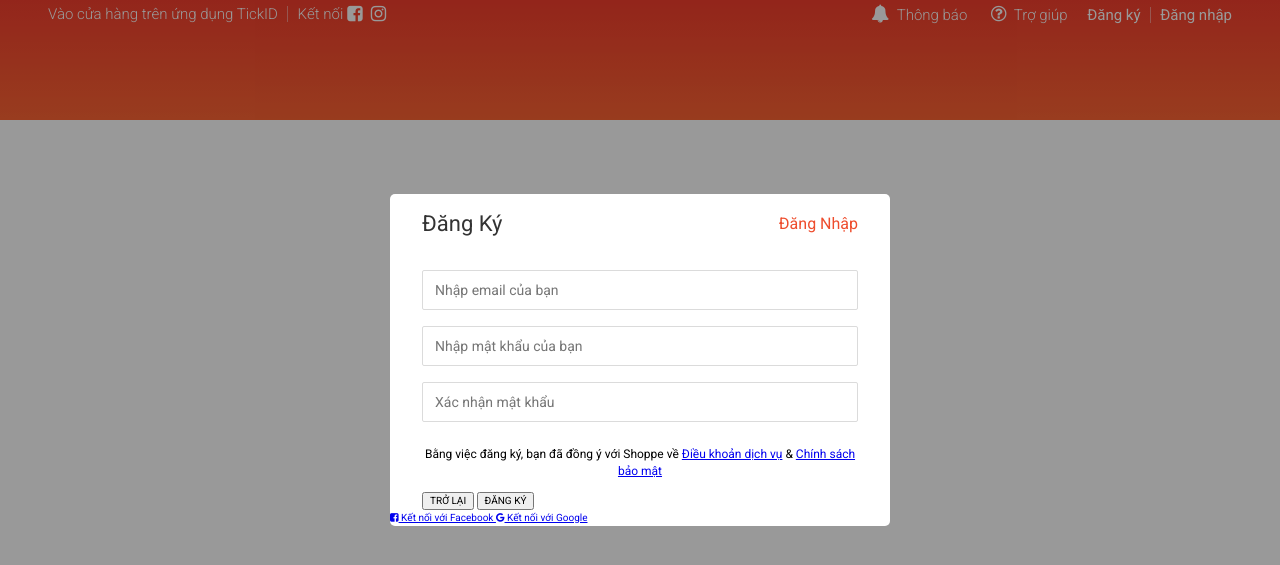
Repository: huydev0401/F8-Shop
Page: index.html
An editor plug-in stored every save of this project. The page is shown before and after the next save, followed by the edit.
The browser window is 1280 px wide. The pictures show the whole page.

Above is the page before, as saved 2021-08-12 16:08:34.

### index.html
<!DOCTYPE html>
<html lang="en">
<head>
    <meta charset="UTF-8">
    <meta http-equiv="X-UA-Compatible" content="IE=edge">
    <meta name="viewport" content="width=device-width, initial-scale=1.0">
    <title>Document</title>
    <link rel="stylesheet" href="https://cdnjs.cloudflare.com/ajax/libs/font-awesome/4.7.0/css/font-awesome.css">
    <link rel="preconnect" href="https://fonts.googleapis.com">
    <link rel="preconnect" href="https://fonts.gstatic.com" crossorigin>
    <link href="https://fonts.googleapis.com/css2?family=Roboto:wght@300;400;700&display=swap" rel="stylesheet">
    <link rel="stylesheet" href="https://cdnjs.cloudflare.com/ajax/libs/normalize/8.0.1/normalize.min.css">
    <link rel="stylesheet" href="./assets/css/base.css">
    <link rel="stylesheet" href="./assets/css/main.css">
</head>
<body>
    <header class="header">
        <nav class="navbar grid">
            <ul class="navbar__list">
                <li class="navbar__item navbar__item--has-qr navbar__item--separate">
                    Vào cửa hàng trên ứng dụng TickID
                    <div class="header-qr">
                        <img src="./assets/img/qr_code.png" alt="QR Code" class="header-qr__img">
                        <div class="header-qr__apps">
                            <a href="#" class="header-qr__link">
                                <img class="header-qr__app" src="./assets/img/google_play.png" alt="google play">
                            </a>
                            <a href="#" class="header-qr__link">
                                <img class="header-qr__app" src="./assets/img/app_store.png" alt="app store">
                            </a>
                            <a href="#" class="header-qr__link">
                                <img class="header-qr__app" src="./assets/img/app_gallery.png" alt="app gallery">
                            </a>
                        </div>
                    </div>
                </li>
                <li class="navbar__item">
                    <span class="text-white cursor-text">Kết nối</span>
                    <a class="navbar-icon__link" href="#">
                        <i class="navbar__icon fa fa-facebook-square"></i>
                    </a>
                    <a class="navbar-icon__link" href="#">
                        <i class="navbar__icon fa fa-instagram"></i>
                    </a>
                </li>
            </ul>
            <ul class="navbar__list">
                <li class="navbar__item navbar__item--has-noti">
                    <a href="#" class="navbar__link">
                        <i class="navbar__icon fa fa-bell"></i>
                        Thông báo
                    </a>
                    <div class="header__noti">
                        <div class="noti__heading">
                            <h3>Thông báo mới nhận</h3>
                        </div>
                        <ul class="noti__list">
                            <li class="noti__item">
                                <a href="#" class="noti__link">
                                    <img src="https://images.unsplash.com/photo-1484399172022-72a90b12e3c1?ixid=MnwxMjA3fDB8MHxwaG90by1wYWdlfHx8fGVufDB8fHx8&ixlib=rb-1.2.1&auto=format&fit=crop&w=1050&q=80" alt="" class="noti__image">
                                    <div class="noti__info">
                                        <span class="noti__name">Xác thực chính hãng nguồn gốc các sản phẩm Ohui</span>
                                        <span class="noti__desc">Xác thực chính hãng nguồn gốc các sản phẩm Ohui</span>
                                    </div>
                                </a>
                            </li>
                            <li class="noti__item noti__item--unread">
                                <a href="#" class="noti__link">
                                    <img src="https://images.unsplash.com/photo-1484399172022-72a90b12e3c1?ixid=MnwxMjA3fDB8MHxwaG90by1wYWdlfHx8fGVufDB8fHx8&ixlib=rb-1.2.1&auto=format&fit=crop&w=1050&q=80" alt="" class="noti__image">
                                    <div class="noti__info">
                                        <span class="noti__name">Xác thực chính hãng nguồn gốc các sản phẩm Ohui</span>
                                        <span class="noti__desc">Xác thực chính hãng nguồn gốc các sản phẩm Ohui</span>
                                    </div>
                                </a>
                            </li>
                            <li class="noti__item noti__item--unread">
                                <a href="#" class="noti__link">
                                    <img src="https://images.unsplash.com/photo-1484399172022-72a90b12e3c1?ixid=MnwxMjA3fDB8MHxwaG90by1wYWdlfHx8fGVufDB8fHx8&ixlib=rb-1.2.1&auto=format&fit=crop&w=1050&q=80" alt="" class="noti__image">
                                    <div class="noti__info">
                                        <span class="noti__name">Xác thực chính hãng nguồn gốc các sản phẩm Ohui</span>
                                        <span class="noti__desc">Xác thực chính hãng nguồn gốc các sản phẩm Ohui</span>
                                    </div>
                                </a>
                            </li>
                            <li class="noti__item noti__item--unread">
                                <a href="#" class="noti__link">
                                    <img src="https://images.unsplash.com/photo-1484399172022-72a90b12e3c1?ixid=MnwxMjA3fDB8MHxwaG90by1wYWdlfHx8fGVufDB8fHx8&ixlib=rb-1.2.1&auto=format&fit=crop&w=1050&q=80" alt="" class="noti__image">
                                    <div class="noti__info">
                                        <span class="noti__name">Xác thực chính hãng nguồn gốc các sản phẩm Ohui</span>
                                        <span class="noti__desc">Xác thực chính hãng nguồn gốc các sản phẩm Ohui</span>
                                    </div>
                                </a>
                            </li>
                        </ul>
                        <div class="noti__footer">
                            <a href="#" class="noti__btn">Xem tất cả</a>
                        </div>
                    </div>
                </li>
                <li class="navbar__item">
                    <a href="#" class="navbar__link">
                        <i class="navbar__icon fa fa-question-circle-o"></i>
                        Trợ giúp
                    </a>
                </li>
                <li class="navbar__item navbar__item--bold navbar__item--separate">Đăng ký</li>
                <li class="navbar__item navbar__item--bold">Đăng nhập</li>
            </ul>
        </nav>
    </header>
    <main class="wrapper">

    </main>
    <footer class="footer">

    </footer>

    <!-- Modal -->
    <div class="modal">
        <div class="modal__overlay"></div>
        <div class="modal__content">
            <!-- authe form -->
            <div class="auth-form">
                <div class="auth-form__container">
                    <div class="authe-form__header">
                        <h3 class="authe-form__heading">Đăng Ký</h3>
                        <span class="authe-form__switch-btn">Đăng Nhập</span>
                    </div>
                    <div class="authe-form__form">
                        <div class="authe-form__group">
                            <input type="text" class="authe-form__input" placeholder="Nhập email của bạn">
                        </div>
                        <div class="authe-form__group">
                            <input type="password" class="authe-form__input" placeholder="Nhập mật khẩu của bạn">
                        </div>
                        <div class="authe-form__group">
                            <input type="password" class="authe-form__input" placeholder="Xác nhận mật khẩu">
                        </div>
                    </div>
                    <div class="authe-form__aside">
                        <p class="authe-form__text-text">
                            Bằng việc đăng ký, bạn đã đồng ý với Shoppe về
                            <a href="#" class="authe-form__text-link">Điều khoản dịch vụ</a> &
                            <a href="#" class="authe-form__text-link">Chính sách bảo mật</a>
                        </p>
                    </div>
                    <div class="authe-form__controls">
                        <button class="btn">TRỞ LẠI</button>
                        <button class="btn btn--primary">ĐĂNG KÝ</button>
                    </div>
                </div>
                <div class="authe-form__socials">
                    <a href="#" class="btn btn--with-icon">
                        <i class="fa fa-facebook-square"></i>
                        Kết nối với Facebook
                    </a>
                    <a href="#" class="btn btn--with-icon">
                        <i class="fa  fa-google"></i>
                        Kết nối với Google
                    </a>
                </div>
            </div>
        </div>
    </div>
</body>
</html>

### assets/css/base.css
:root {
    --white_color: #fff;
    --black_color: #000;
    --text_color: #333;
    --primary_color: #ee4d2d;
    --border_color: #dbdbdb;
}

* {
    box-sizing: inherit;
}

html {
    font-size: 62.5%;
    line-height: 1.6rem;
    box-sizing: border-box;
    font-family: 'Roboto', sans-serif;
}

.grid {
    width: 1200px;
    max-width: 100%;
    margin: 0 auto;
}

.grid__full-width {
    width: 100%;
}

.grid__row {
    display: flex;
    flex-wrap: wrap;
}

.text-white {
    color: #fff;
}

.cursor-text {
    cursor: text;
}

/* Modal */
.modal {
    display: flex;
    position: fixed;
    top: 0;
    right: 0;
    bottom: 0;
    left: 0;
}

.modal__overlay {
    position: absolute;
    top: 0;
    left: 0;
    width: 100%;
    height: 100%;
    background-color: rgba(0, 0, 0, .4);
}

.modal__content {
    margin: auto;
    border-radius: 5px;
    background-color: var(--white_color);
    position: relative;
    z-index: 1;
}

### assets/css/main.css
.header {
    height: 120px;
    background-image: linear-gradient(to bottom, #f53e2d, #fe6433 );
}

.navbar {
    display: flex;
    justify-content: space-between;
}

.navbar__list {
    list-style: none;
    padding-left: 0;
    font-size: 1.5rem;
    font-weight: 300;
    margin-top: 5px;
}

.navbar__item {
    display: inline-block;
    margin: 0 8px;
    color: var(--white_color);
    position: relative;
    transition: all .2s linear;
    min-height: 18px;
}

.navbar__item--has-noti:hover .header__noti {
    display: block;
}

.navbar__item--has-qr:hover .header-qr {
    display: block;
}

.navbar__item--separate::after {
    content: " ";
    border-right: 1px solid #fb9086;
    height: 16px;
    position: absolute;
    top: 50%;
    right: -10px;
    transform: translateY(-50%);
}

.navbar__item--bold {
    font-weight: 400;
}

.navbar__link {
    color: var(--white_color);
    text-decoration: none;
    transition: all .2s linear;
}

.navbar__item:hover,
.navbar__link:hover,
.navbar-icon__link:hover {
    color: rgba(255, 255, 255, .7);
    cursor: pointer;
}

.navbar__item,
.navbar-icon__link {
    display: inline-flex;
    align-items: center;
}

.navbar-icon__link {
    color: var(--white_color);
    text-decoration: none;
}

.navbar__icon {
    font-size: 18px;
    margin: 0 4px;
}

.header-qr {
    background-color: var(--white_color);
    width: 180px;
    position: absolute;
    top: 140%;
    left: 0;
    padding: 8px;
    border-radius: 2px;
    display: none;
    animation: fadeIn linear .3s;
    will-change: opacity;
}

@keyframes fadeIn {
    from {
        opacity: 0;
    }
    to {
        opacity: 1;
    }
}

.header-qr::before {
    content: "";
    position: absolute;
    top: -18px;
    left: 0;
    width: 100%;
    height: 20px;
    display: block;
}

.header-qr__img {
    width: 100%;
}

.header-qr__apps {
    display: flex;
    justify-content: space-between;
    flex-wrap: wrap;
}

.header-qr__link {
    width: calc(50% - 10px);
    margin: 5px 0 5px 10px;
}

.header-qr__app {
    height: 15px;
}

.header__noti {
    position: absolute;
    top: 140%;
    right: 0;
    width: 404px;
    background-color: var(--white_color);
    border: 1px solid #d3d3d3;
    cursor: default;
    transform-origin: calc(100% - 20px) top;
    animation: headerNotiGrowth ease-in .2s;
    will-change: opacity, transform;
    display: none;
}

@keyframes headerNotiGrowth {
    from {
        opacity: 0;
        transform: scale(0);
    }
    to {
        opacity: 1;
        transform: scale(1);
    }
}

.header__noti::before {
    content: "";
    position: absolute;
    top: -23px;
    right: 3px;
    border-width: 16px 30px;
    border-style: solid;
    border-color: transparent transparent var(--white_color) transparent;
}

.header__noti::after {
    content: "";
    position: absolute;
    top: -18px;
    right: 0;
    width: 110px;
    height: 20px;
    display: block;
}

.noti__heading {
    height: 40px;
    background-color: var(--white_color);
}

.noti__heading h3 {
    color: #999;
    margin: 0;
    font-weight: 400;
    font-size: 1.4rem;
    text-transform: capitalize;
    line-height: 40px;
    margin-left: 12px;
    user-select: none;
}

.noti__list {
    padding-left: 0;
}

.noti__item {
    transition: all .2s linear;
}

.noti__item:hover {
    background-color: #f7f7f7;
}

.noti__item--unread {
    background-color: rgba(238, 75, 43, 0.09);
}

.noti__link {
    display: flex;
    padding: 12px;
    text-decoration: none;
}

.noti__image {
    width: 48px;
    object-fit: contain;
}

.noti__info {
    margin-left: 12px;
}

.noti__name {
    display: block;
    font-size: 1.4rem;
    color: var(--black_color);
    font-weight: 400;
    margin-bottom: 5px;
}

.noti__desc {
    display: block;
    font-size: 1.2rem;
    color: #756f6e;
}

.noti__footer {
    text-align: center;
}

.noti__btn {
    text-decoration: none;
    color: var(--text_color);
    padding: 10px 0;
    width: 100%;
    font-size: 1.4rem;
    font-weight: 400;
    display: block;
}

/* Authe form */
.auth-form {
    max-width: 500px;
}

.auth-form__container {
    padding: 0 32px;
}

.authe-form__header {
    display: flex;
    align-items: center;
    justify-content: space-between;
}

.authe-form__heading {
    font-size: 2.2rem;
    font-weight: 400;
    color: var(--text_color);
}

.authe-form__switch-btn {
    font-size: 1.6rem;
    font-weight: 400;
    color: var(--primary_color);
}

.authe-form__input {
    width: 100%;
    height: 40px;
    margin-top: 16px;
    border-radius: 2px;
    border: 1px solid var(--border_color);
    padding: 0 12px;
    font-size: 1.4rem;
    outline: none;
}

.authe-form__input:focus {
    border-color: #888;
}

.authe-form__aside {
    margin-top: 24px;
}

.authe-form__text-text {
    font-size: 1.2rem;
    text-align: center;
    line-height: 1.4;
}

After the next save:
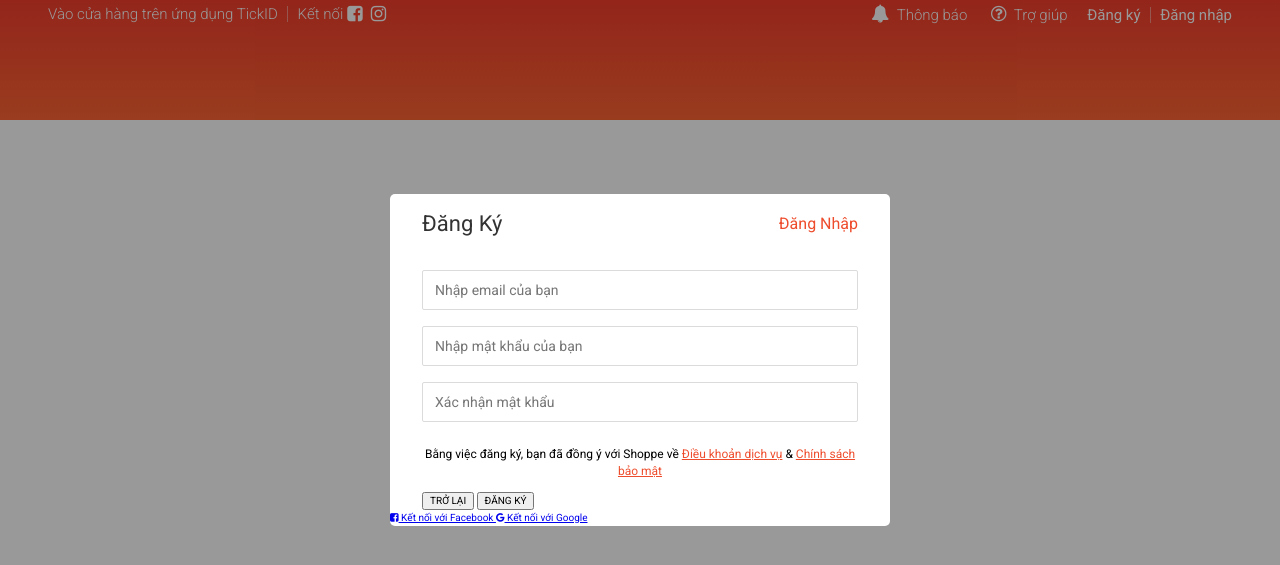
Saved 84 s later.
--- a/assets/css/main.css
+++ b/assets/css/main.css
@@ -298,3 +298,7 @@
     text-align: center;
     line-height: 1.4;
 }
+
+.authe-form__text-link {
+    color: var(--primary_color);
+}
